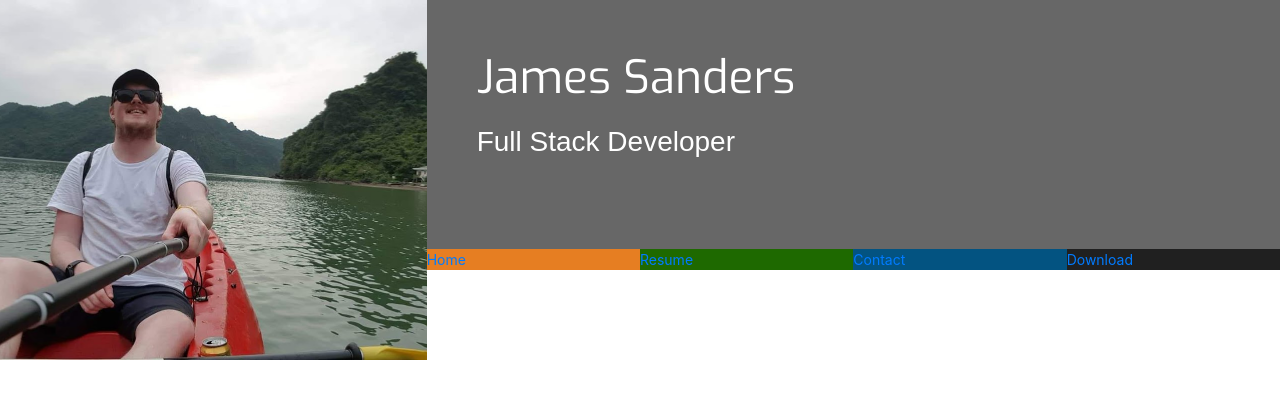
Repository: JaySanders95/my-online-resume
Page: index.html
The author's editor kept a copy of each file at every save. The page is drawn from the files as they stood at one save, then again after the next save.
The browser window is 1280 px wide. The pictures show the whole page.
Some web fonts or font styles are not loaded; a fallback is used. Some web libraries are served in a nearby version.

Above is the page before, as saved 2023-04-17 17:20:07.

After the next save:
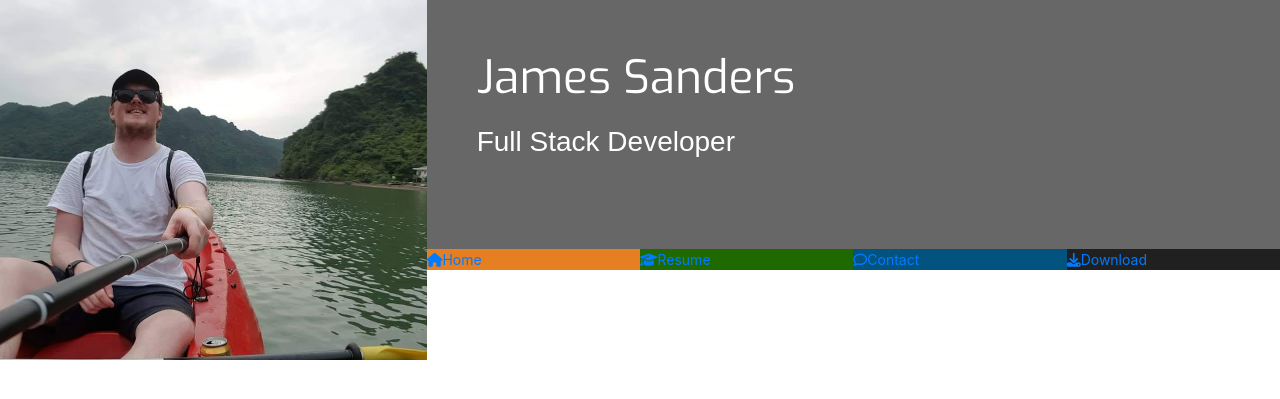
Saved 45 min 33 s later.
--- a/index.html
+++ b/index.html
@@ -27,16 +27,16 @@
                     <div class="col">
                         <ul id="nav" class="list-inline menucontainer">
                             <li class="col-6 col-sm-3 ui-menu-color-home list-inline-item">
-                                <a href="#"><span>Home</span></a>
+                                <a href="#"><i class="fa fa-home" aria-hidden="true"></i><span>Home</span></a>
                             </li>
                             <li class="col-6 col-sm-3 ui-menu-color-resume list-inline-item">
-                                <a href="#"><span>Resume</span></a>
+                                <a href="#"><i class="fa fa-graduation-cap" aria-hidden="true"></i><span>Resume</span></a>
                             </li>
                             <li class="col-6 col-sm-3 ui-menu-color-contact list-inline-item">
-                                <a href="#"><span>Contact</span></a>
+                                <a href="#"><i class="fa fa-comment-o" aria-hidden="true"></i><span>Contact</span></a>
                             </li>
                             <li class="col-6 col-sm-3 ui-menu-color-download list-inline-item">
-                                <a href="#"><span>Download</span></a>
+                                <a href="#"><i class="fa fa-download" aria-hidden="true"></i><span>Download</span></a>
                             </li>
                         </ul>
                     </div>
